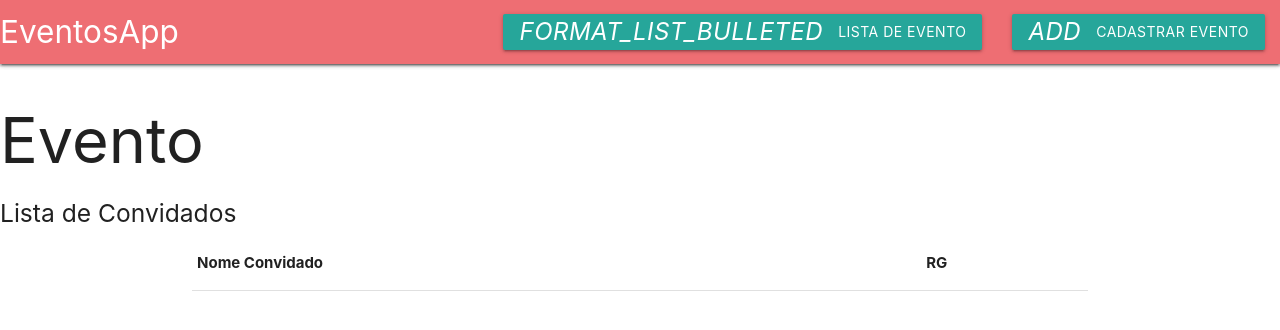
Repository: CaioCoutodePrograma/Eventosapp
Page: http://localhost/evento/detalhesEvento
An editor plug-in stored every save of this project. The page is shown before and after the next save, followed by the edit.
The browser window is 1280 px wide. The pictures show the whole page.
The page is this project's Thymeleaf template; nobody is signed in. The template is opened directly, without the code that normally fills it, so the values that code supplies are empty.

Above is the page before, as saved 2020-03-02 23:22:05.

After the next save:
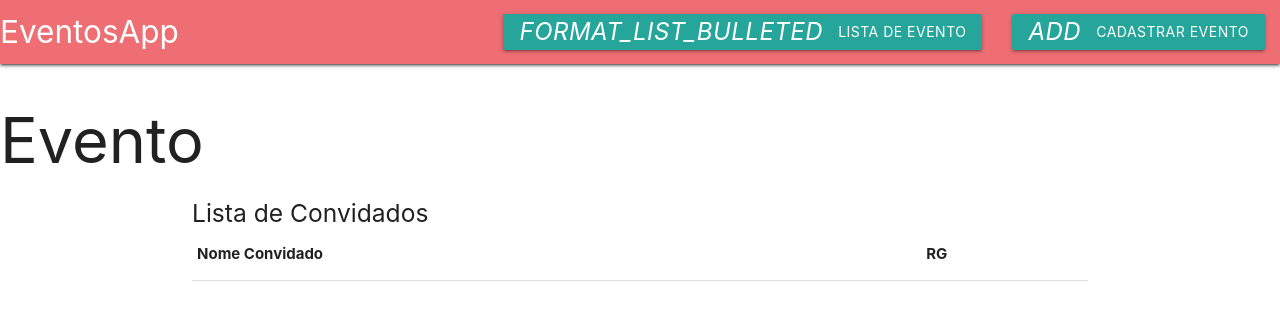
Saved 23 s later.
--- a/eventoapp/eventoapp/src/main/resources/templates/evento/detalhesEvento.html
+++ b/eventoapp/eventoapp/src/main/resources/templates/evento/detalhesEvento.html
@@ -71,9 +71,9 @@
 
 	</div>
 
+	<h5 class="container">Lista de Convidados</h5>
+	<table class="container">
 
-	<table class="container">
-	<h5>Lista de Convidados</h5>
 		<thead>
 			<th>Nome Convidado</th>
 			<th>RG</th>
